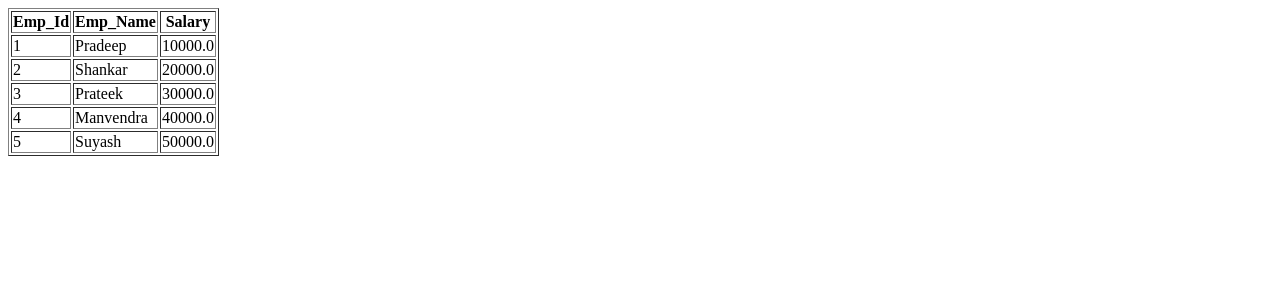
Repository: pradeep9689/monoceptAssignment
Page: http://localhost/04-jstl-tag-demo/employee-for-each.jsp
An editor plug-in stored every save of this project. The page is shown before and after the next save, followed by the edit.
The browser window is 1280 px wide. The pictures show the whole page.
The page is served by Tomcat 9.

Above is the page before, as saved 2024-07-15 09:31:45.

### 04-jstl-tag-demo/WebContent/employee-for-each.jsp
<%@ page language="java" contentType="text/html; charset=ISO-8859-1"
	pageEncoding="ISO-8859-1"%>
<%@ taglib uri="http://java.sun.com/jsp/jstl/core" prefix="c"%>
<%@ taglib uri="http://java.sun.com/jsp/jstl/functions" prefix="fn"%>
<%@ page
	import="java.util.List,java.util.ArrayList,com.monocept.model.Employee"%>
<!DOCTYPE html>
<html>
<head>
<meta charset="ISO-8859-1">
<title>Insert title here</title>
</head>
<body>
	<%
		List<Employee> emplyees = new ArrayList<Employee>();
	emplyees.add(new Employee(1, "Pradeep", 10000));
	emplyees.add(new Employee(2, "Shankar", 20000));
	emplyees.add(new Employee(3, "Prateek", 30000));
	emplyees.add(new Employee(4, "Manvendra", 40000));
	emplyees.add(new Employee(5, "Suyash", 50000));
	pageContext.setAttribute("EmployeeList", emplyees);
	%>
	<table border=1>
		<tr>
			<th>Emp_Id</th>
			<th>Emp_Name</th>
			<th>Salary</th>
		</tr>
		<c:forEach var="emp" items="${EmployeeList }">
		<tr>	<td>${emp.id}</td>
			<td>${emp.name}</td>
			<td>${emp.salray}</td>
		</tr>


		</c:forEach>

	</table>
</body>
</html>

### 04-jstl-tag-demo/src/com/monocept/model/Employee.java
package com.monocept.model;

public class Employee {
private int id;
private String name;
private double salray;


public Employee(int id, String name, double salray) {
	super();
	this.id = id;
	this.name = name;
	this.salray = salray;
}
public int getId() {
	return id;
}
public void setId(int id) {
	this.id = id;
}
public String getName() {
	return name;
}
public void setName(String name) {
	this.name = name;
}
public double getSalray() {
	return salray;
}
public void setSalray(double salray) {
	this.salray = salray;
}


}

After the next save:
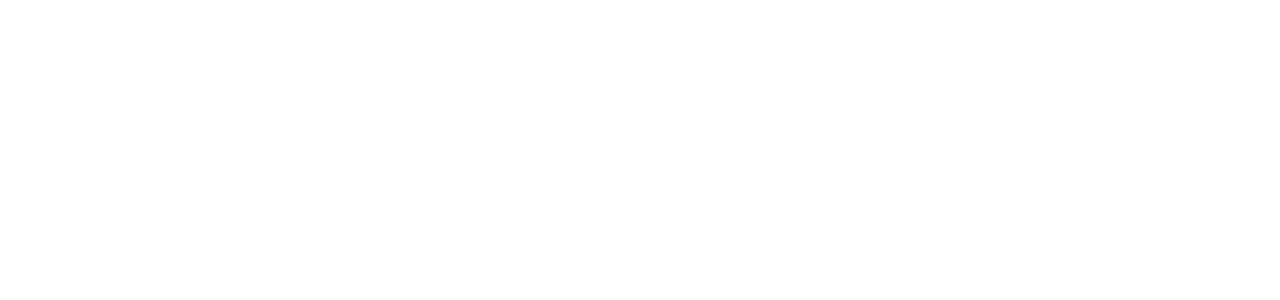
Saved 30 s later.
--- a/04-jstl-tag-demo/WebContent/employee-for-each.jsp
+++ b/04-jstl-tag-demo/WebContent/employee-for-each.jsp
@@ -20,21 +20,21 @@
 	emplyees.add(new Employee(5, "Suyash", 50000));
 	pageContext.setAttribute("EmployeeList", emplyees);
 	%>
-	<table border=1>
+	<!-- <table border=1>
 		<tr>
 			<th>Emp_Id</th>
 			<th>Emp_Name</th>
 			<th>Salary</th>
-		</tr>
+		</tr> -->
 		<c:forEach var="emp" items="${EmployeeList }">
-		<tr>	<td>${emp.id}</td>
+		<%-- <tr>	<td>${emp.id}</td>
 			<td>${emp.name}</td>
 			<td>${emp.salray}</td>
 		</tr>
-
+ --%>
 
 		</c:forEach>
 
-	</table>
+	<!-- </table> -->
 </body>
 </html>

After the 2 saves that followed:
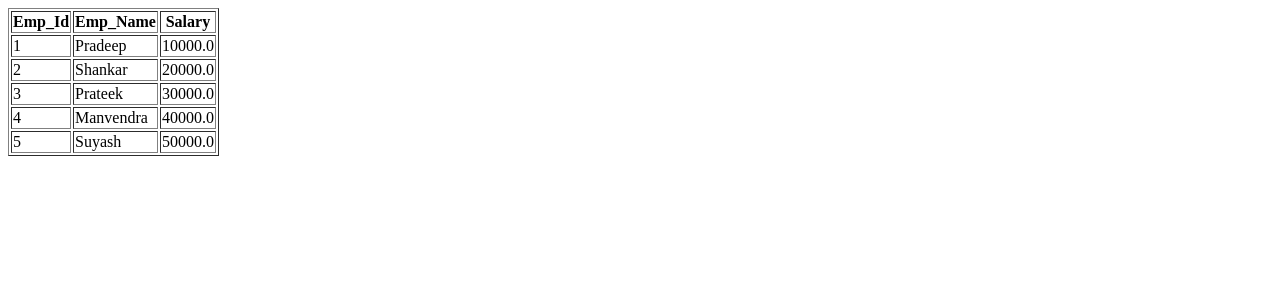
The 2 saves are shown as one change because 1 left the picture as it was.
The last was saved 103 s later.
--- a/04-jstl-tag-demo/WebContent/employee-for-each.jsp
+++ b/04-jstl-tag-demo/WebContent/employee-for-each.jsp
@@ -20,21 +20,21 @@
 	emplyees.add(new Employee(5, "Suyash", 50000));
 	pageContext.setAttribute("EmployeeList", emplyees);
 	%>
-	<!-- <table border=1>
+	<table border=1>
 		<tr>
 			<th>Emp_Id</th>
 			<th>Emp_Name</th>
 			<th>Salary</th>
-		</tr> -->
+		</tr>
 		<c:forEach var="emp" items="${EmployeeList }">
-		<%-- <tr>	<td>${emp.id}</td>
+		<tr>	<td>${emp.id}</td>
 			<td>${emp.name}</td>
 			<td>${emp.salray}</td>
 		</tr>
- --%>
+
 
 		</c:forEach>
 
-	<!-- </table> -->
+	</table>
 </body>
 </html>
